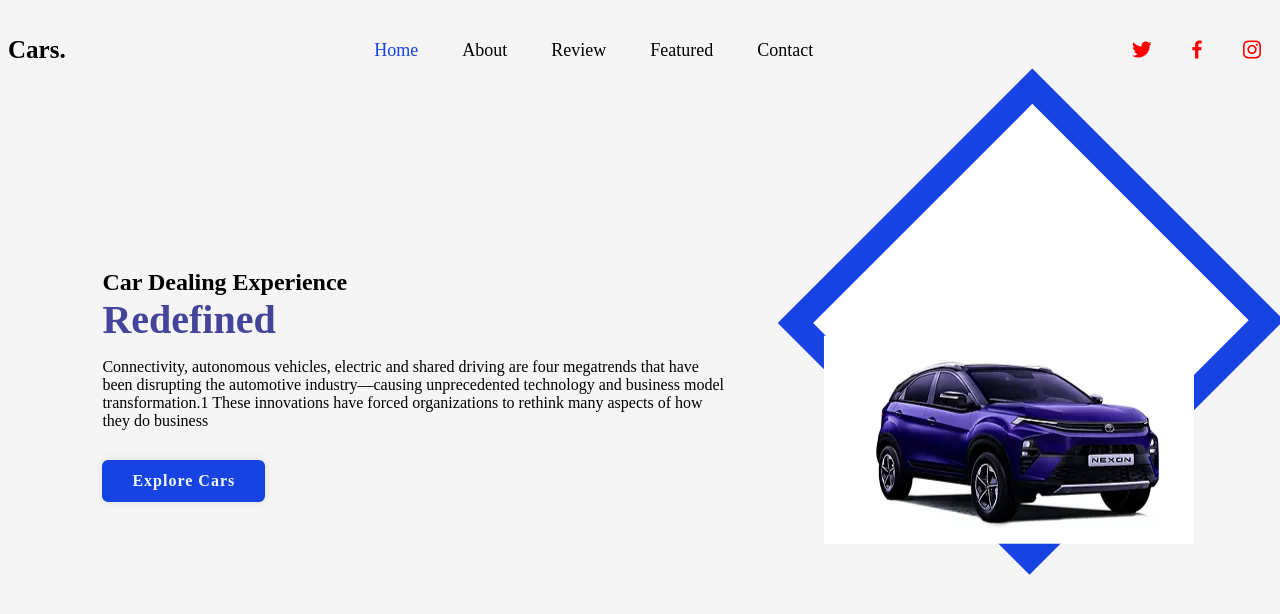
Repository: supriya123yadav/website-project
Page: index.html
An editor plug-in stored every save of this project. The page is shown before and after the next save, followed by the edit.
The browser window is 1280 px wide. The pictures show the whole page.

Above is the page before, as saved 2024-07-11 19:29:45.

### index.html
<!DOCTYPE html>
<html lang="en">
<head>
    <meta charset="UTF-8">
    <meta http-equiv="X-UA">
    <meta name="viewport" content="width=device-width, initial-scale=1.0">
    <title>Job Website Template</title>
    <link rel="stylesheet" href="style.css">
    <link href='https://unpkg.com/boxicons@2.1.4/css/boxicons.min.css' rel='stylesheet'>

</head>
<body>
    <header class="header">
        <a href="#" class="logo">Cars.</a>

        <nav class="navbar">
            <a href="#" class="active">Home</a>
            <a href="#">About</a>
            <a href="#">Review</a>
            <a href="#">Featured</a>
            <a href="#">Contact</a>
        </nav>

        <div class="social-media">
            <a href="#"><i class='bx bxl-twitter'></i></a>
            <a href="#"><i class='bx bxl-facebook' ></i></a>
            <a href="#"><i class='bx bxl-instagram' ></i></a>
        </div>
    </header>
    <section class="home">
        <div class="home-content">
            <h1>Car Dealing Experience</h1>
            <h3>Redefined</h3>
            <p>Connectivity, autonomous vehicles, electric and shared
             driving are four megatrends that have been disrupting the
             automotive industry—causing unprecedented technology
             and business model transformation.1 These innovations
             have forced organizations to rethink many aspects of how
             they do business</p>
             <a href="#" class="btn">Explore Cars</a>
        </div>
        <div class="home-img">
            <div class="rhombus">
                <img src="website car.webp" alt="">
            </div>
        </div>
    </section>

</body>
</html>

### style.css
*{
    margin: 0;
    padding: 0;
    box-sizing: border-box;
    font-family: 'Poppins', bold;
}
body{
    background: whitesmoke;
}
.header{
    position: fixed;
    top: 0;
    left: 0;
    width: 100%;
    padding: 30px 8px;
    background: transparent;
    display: flex;
    justify-content: space-between;
    align-items: center;
    z-index: 100;
}
.logo{
    font-size: 25px;
    color: black;
    text-decoration: none;
    font-weight: 600;
}
.navbar a {
    font-size: 18px;
    color: black;
    text-decoration: none;
    font-weight: 500;
    margin: 0 20px;
    transition: rgb(61, 61, 152);
}

.navbar a:hover,
.navbar a.active{
    color: #1743e3;
}
.social-media{
    display: flex;
    justify-content: space-between;
    width: 150px;
    height: 40px;

}
.social-media a {
    display: inline-flex;
    justify-content: center;
    align-items: center;
    width: 40px;
    height: 40px;
    background: transparent;
    border: 2px solid transparent;
    text-decoration: none;
    transform: rotate(45deg);
    transition: .5s;
}
.social-media a i {
    font-size: 24px;
    color: red;
    transform: rotate(-45deg);
}
.social-media a:hover {
    border-color: red;
}
.home {
    position: relative;
    width: 100%;
    height: 100vh;
    display: flex;
    justify-content: space-between;
    align-items: center;
    padding: 50px 8% 0;
    overflow: hidden;
}
.home-content {
    max-width: 630px;
}
.home-content h3 {
    font-size: 40px;
    color: rgb(68, 68, 154);
}
.home-content p {
    font-size: 16px;
    margin: 15px 0 30px;
}
.btn {
    display: inline-block;
    padding: 10px 28px;
    background: #1743e3;
    border-radius: 6px;
    border: 2px solid #1743e3;
    box-shadow: 0 0 10px rgba(0, 0, 0, .1);
    font-size: 16px;
    color: aliceblue;
    letter-spacing: 1px;
    text-decoration: none;
    font-weight: 600;
}
.btn:hover {
    background: transparent;
    color: #1743e3;
}
.home-img {
    position: relative;
    right: -7%;
    width: 450px;
    height: 450px;
    transform: rotate(45deg);
}
.home-img .rhombus {
    position: absolute;
    width: 80%;
    height: 80%;
    background: white;
    border: 25px solid #1743e3;
}

.home-img .rhombus img {
    position: absolute;
    top: 150px;
    bottom: 100px;
    right: -100px;
    max-width: 800px;
    transform: rotate(-45deg);
}

After the next save:
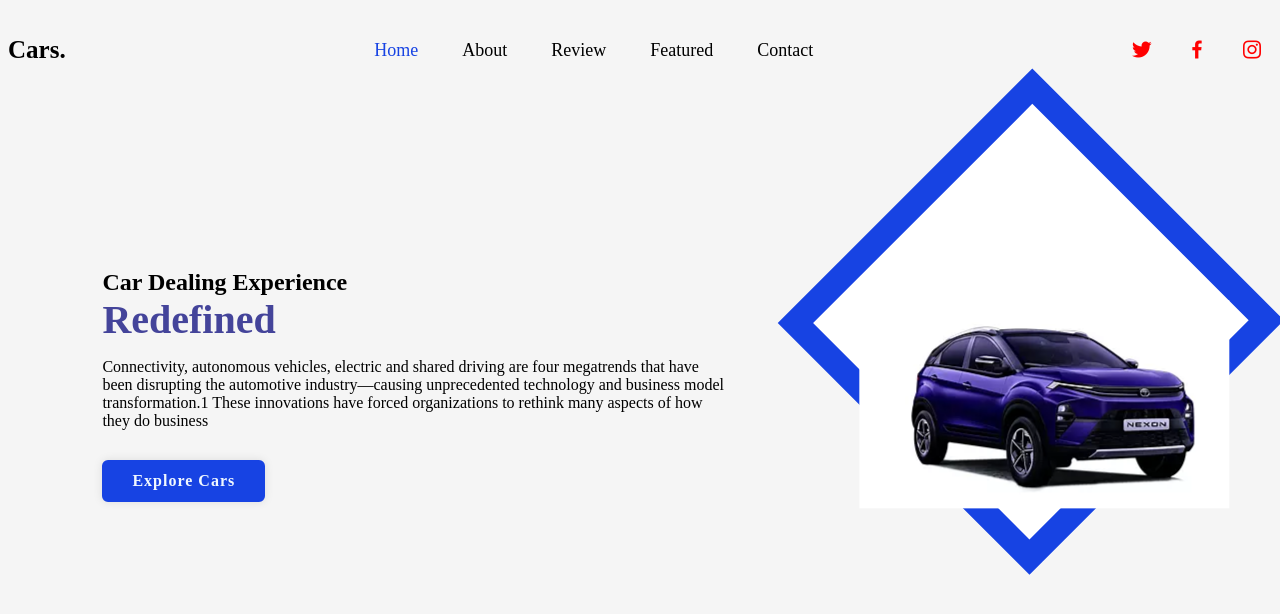
Saved 9 s later.
--- a/style.css
+++ b/style.css
@@ -120,7 +120,7 @@
 
 .home-img .rhombus img {
     position: absolute;
-    top: 150px;
+    top: 100px;
     bottom: 100px;
     right: -100px;
     max-width: 800px;
